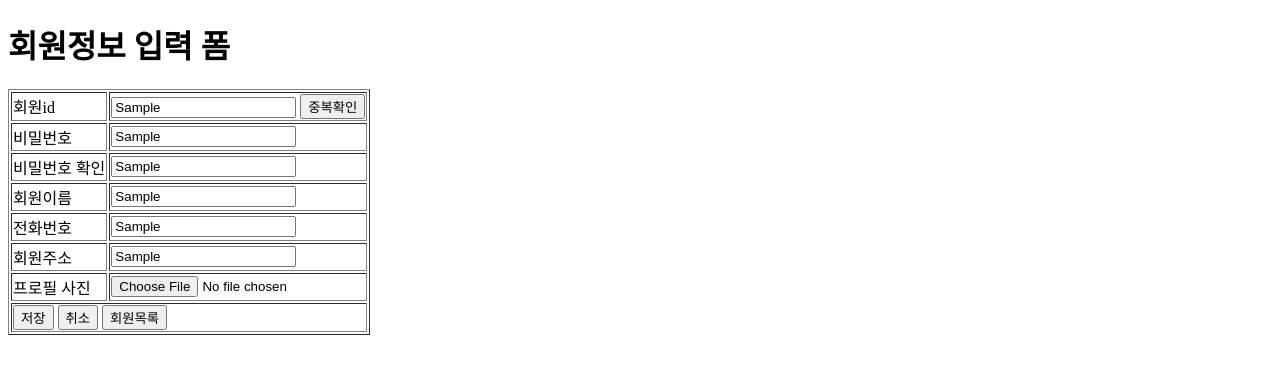
Repository: quswjdals1/highjava
Page: http://localhost/webMemberTest/member/memberAdd.jsp
An editor plug-in stored every save of this project. The page is shown before and after the next save, followed by the edit.
The browser window is 1280 px wide. The pictures show the whole page.
Empty fields were first filled with sample values (such as "Sample", 5 or name@example.com).
After loading, the first visible `#save` was clicked once.
The page is served by Tomcat 9.

Above is the page before, as saved 2023-04-05 04:44:19.

After the next save:
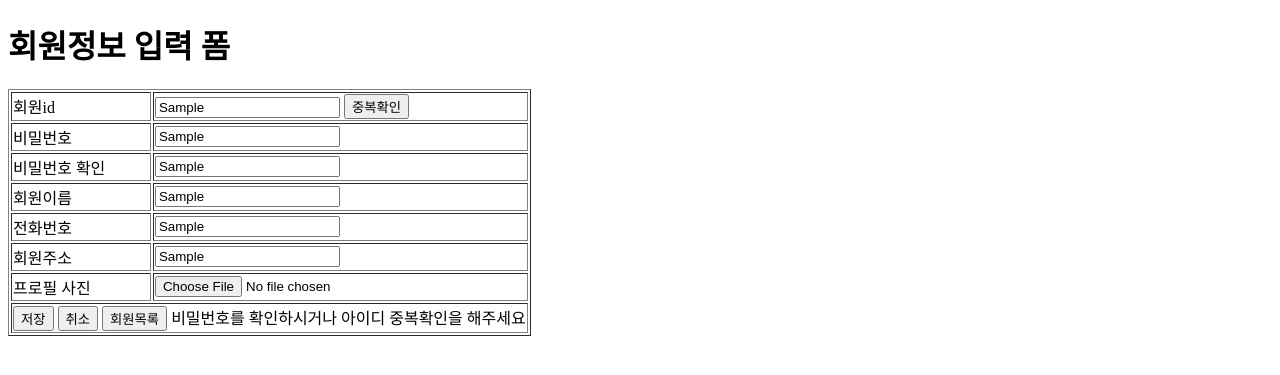
Saved 30 s later.
--- a/webMemberTest/src/main/webapp/member/memberAdd.jsp
+++ b/webMemberTest/src/main/webapp/member/memberAdd.jsp
@@ -32,9 +32,10 @@ $(()=>{
 
 	$("#save").on("click",function(){
 		if(flag==0){
-			alert("비밀번호를 확인하시거나 아이디 중복확인을 해주세요")
+			$("#span").text("비밀번호를 확인하시거나 아이디 중복확인을 해주세요")
 		}
 		if(flag==1||!($("#pw").val()==$("#pwc").val())){
+			$("#span").text()
 			$("#form").submit();
 		}
 	})
